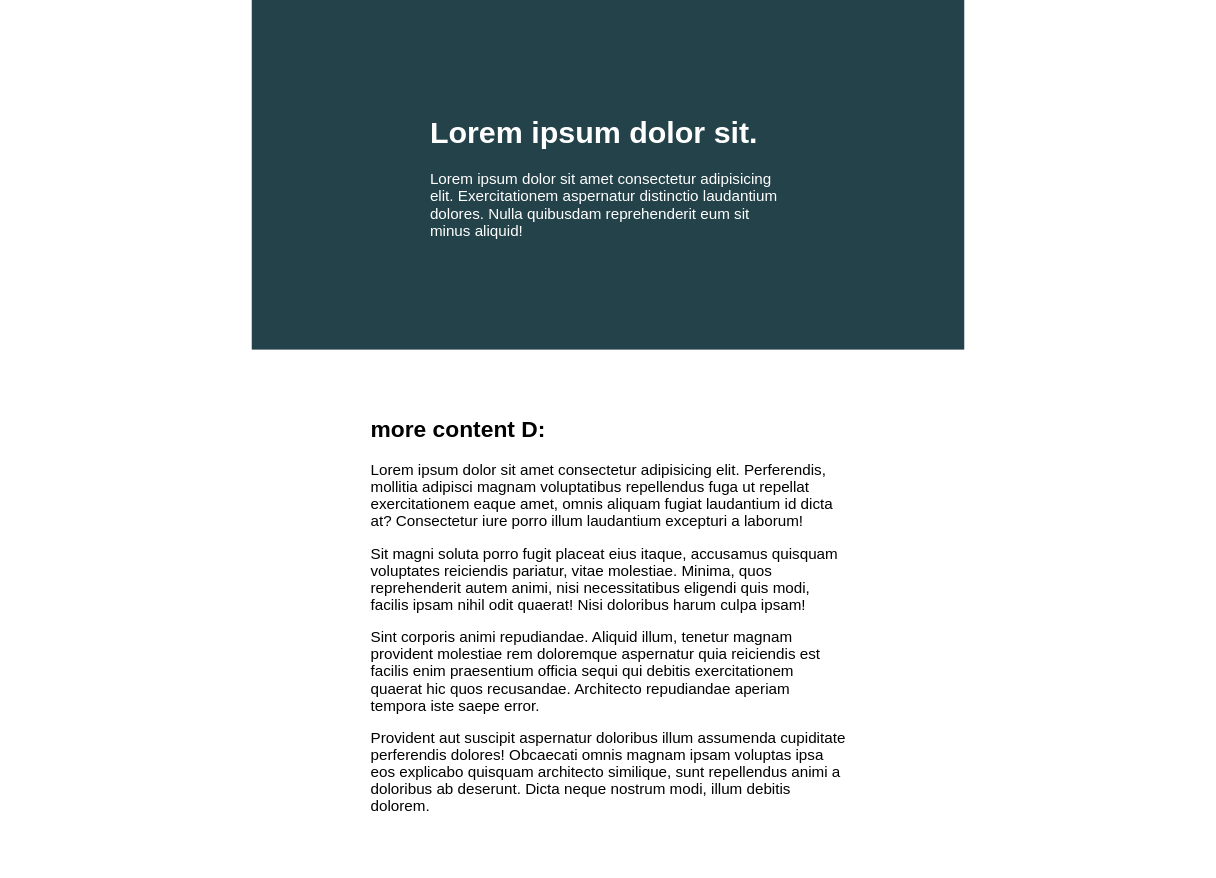
Repository: ufanodev/responsive-3
Page: index.html
An editor plug-in stored every save of this project. The page is shown before and after the next save, followed by the edit.
The browser window is 1280 px wide. The pictures show the whole page, at 95% of full size.

Above is the page before, as saved 2022-12-10 19:43:55.

After the next save:
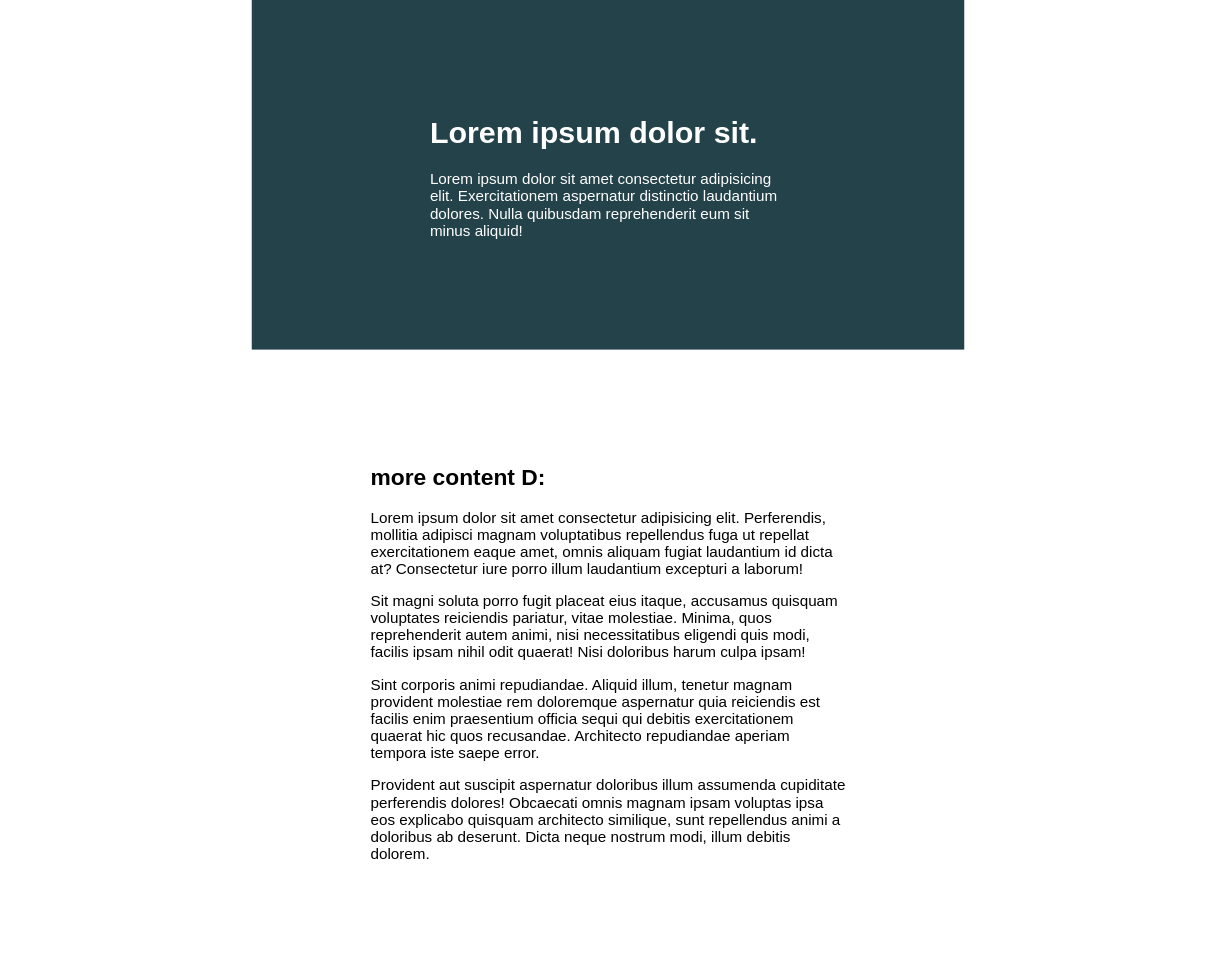
Saved 10 s later.
--- a/style.css
+++ b/style.css
@@ -43,5 +43,5 @@ body {
   width: 50%;
   max-width: 500px;
   margin: 0 auto;
-  padding: 50px 0;
+  padding: 100px 0;
 }
